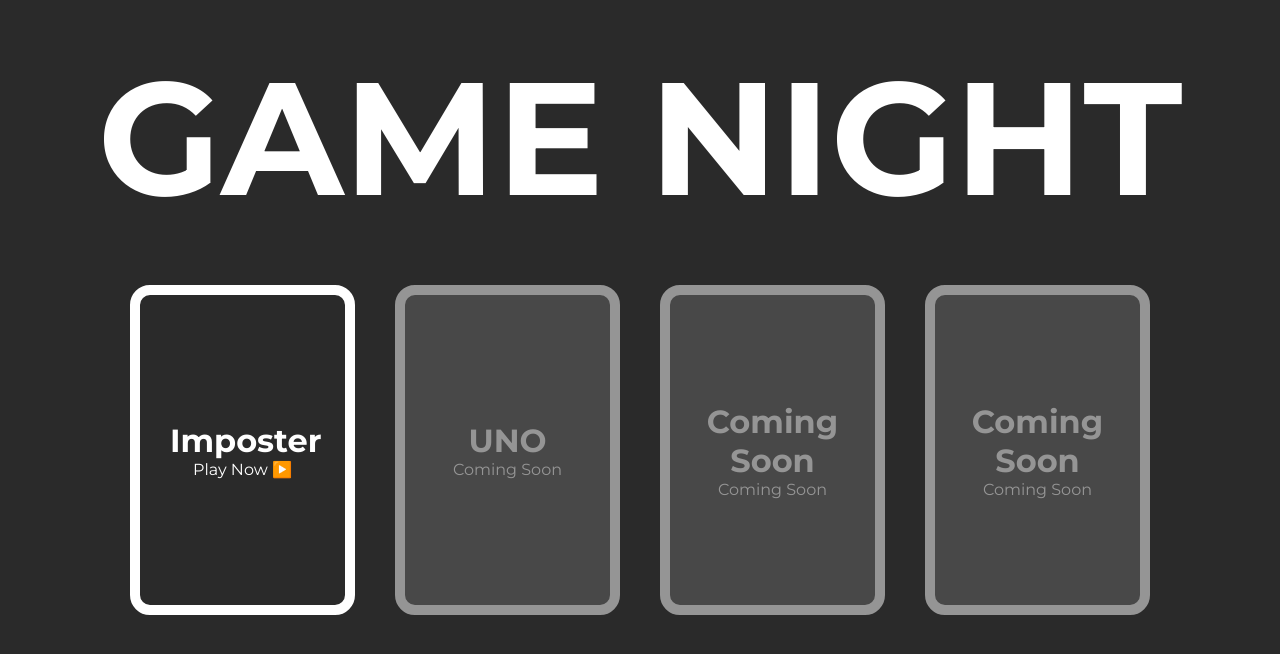
Repository: nfemmanuel/game-night-app
Page: /
These files come from the project's save history. The page is drawn as it stood at one moment and after the next save; the edit follows.
The browser window is 1280 px wide. The pictures show the whole page.
The project was rebuilt for these pictures with package versions that can differ from the ones it lists, and the page was loaded fresh each time.

Above is the page before, as saved 2025-12-31 16:42:23.

After the next save:
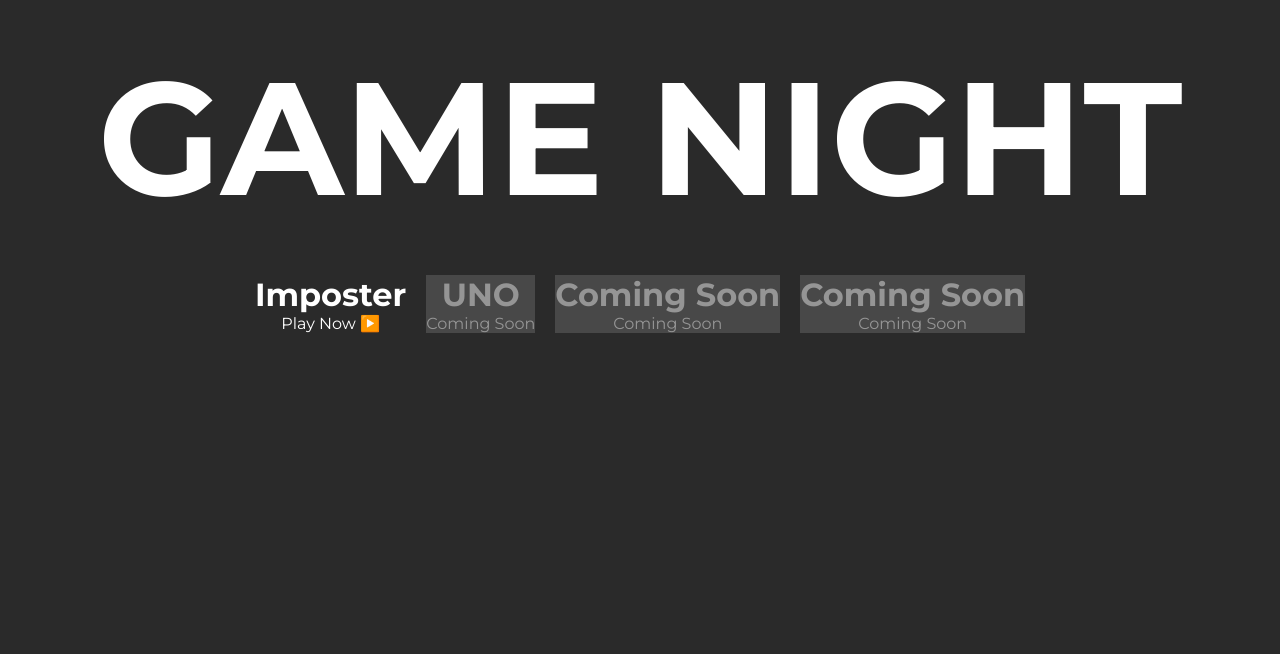
Saved 19 s later.
--- a/src/components/GameCard.module.css
+++ b/src/components/GameCard.module.css
@@ -1,17 +1,3 @@
-.card {
-    width: 225px;
-    height: 330px;
-    padding: 30px;
-    margin: 10px;
-    border-radius: 20px;
-    border: 10px solid white;
-    text-align: center;
-    transition: all 0.3s ease;
-    display: flex;
-    flex-direction: column;
-    justify-content: center;
-}
-
 .available {
     color: white;
     cursor: pointer;
@@ -31,10 +17,8 @@
 
 .orange {
     background-color: #FF6B35;
-    /* Orange */
 }
 
 .blue {
     background-color: #4A90E2;
-    /* Blue */
 }

After the save that followed:
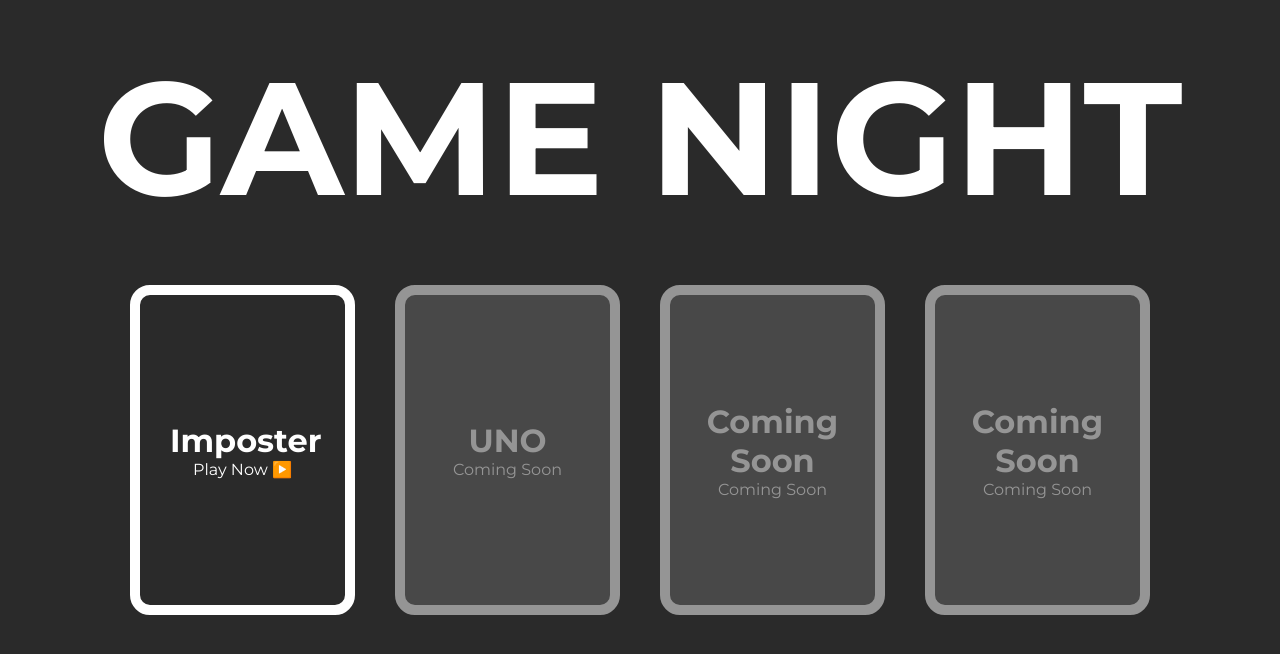
Saved 4 s later.
--- a/src/components/GameCard.module.css
+++ b/src/components/GameCard.module.css
@@ -1,3 +1,17 @@
+.card {
+    width: 225px;
+    height: 330px;
+    padding: 30px;
+    margin: 10px;
+    border-radius: 20px;
+    border: 10px solid white;
+    text-align: center;
+    transition: all 0.3s ease;
+    display: flex;
+    flex-direction: column;
+    justify-content: center;
+}
+
 .available {
     color: white;
     cursor: pointer;
@@ -17,8 +31,10 @@
 
 .orange {
     background-color: #FF6B35;
+    /* Orange */
 }
 
 .blue {
     background-color: #4A90E2;
+    /* Blue */
 }
